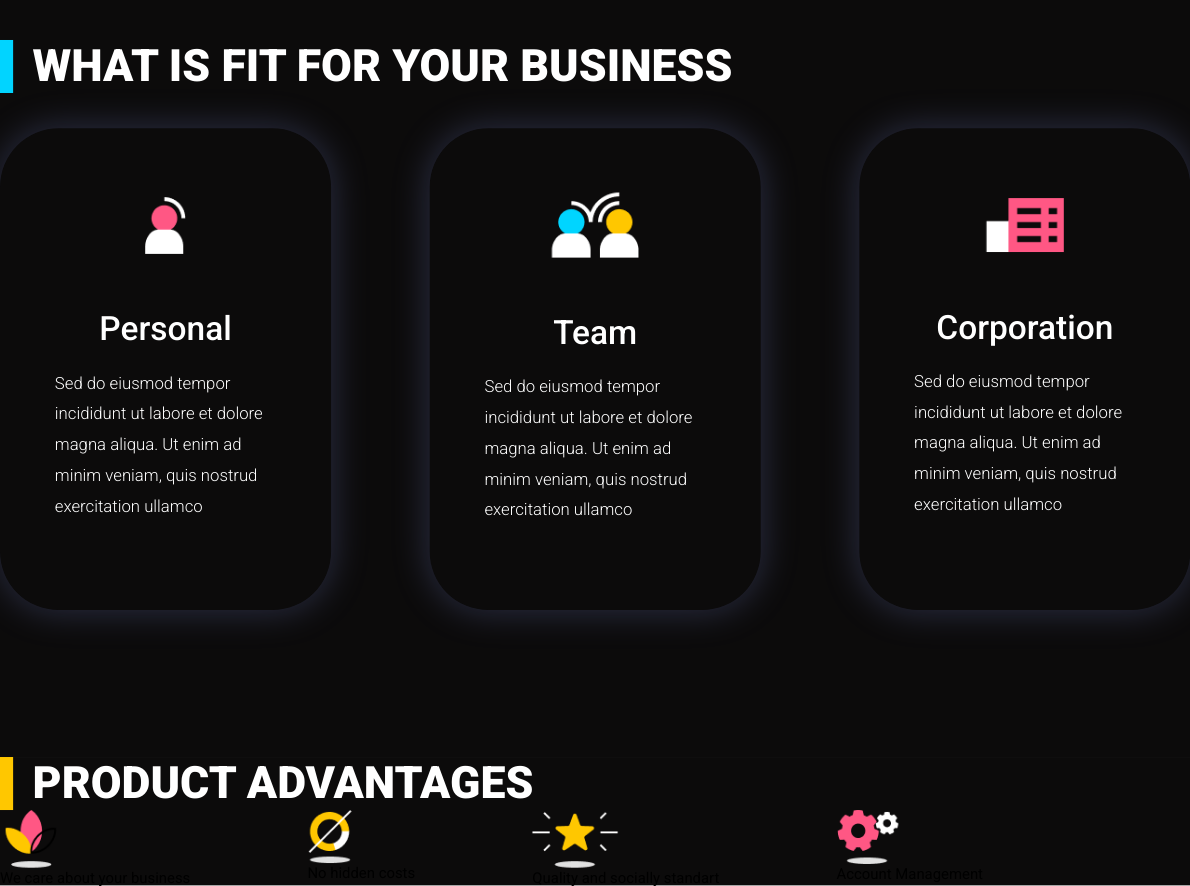
Repository: VetaWhale/team-site-test
Page: index.html
The author's editor kept a copy of each file at every save. The page is drawn from the files as they stood at one save, then again after the next save.
The browser window is 1280 px wide. The pictures show the whole page, at 93% of full size.
Some web fonts or font styles are not loaded; a fallback is used.

Above is the page before, as saved 2023-04-24 14:23:16.

### index.html
<!DOCTYPE html>
<html lang="en">

<head>
    <meta charset="UTF-8" />
    <link rel="stylesheet" href="./css/reset.css" />
    <link rel="preconnect" href="https://fonts.googleapis.com" />
    <link rel="preconnect" href="https://fonts.gstatic.com" crossorigin />
    <link href="https://fonts.googleapis.com/css2?family=Nunito:wght@400;800&family=Oranienbaum&family=Prata&family=Rammetto+One&family=Roboto:wght@300;400;500;700;900&display=swap" rel="stylesheet" />
    <link rel="stylesheet" href="./css/index.css" />
    <title>Our test site</title>
</head>

<body>
    <header></header>
    <main>
        <section class="business">
            <div class="business__title">
                <img class="business__icon" src="./resources/business_icon.png" alt="">
                <h2 class="business__text">
                    WHAT IS FIT FOR YOUR BUSINESS
                </h2>
            </div>
            <div class="business__container">
                <div class="business__item">
                    <img src="./resources/people__icon.png" alt="" />
                    <h2 class="business__title-text">Personal</h2>
                    <p class="business__description">
                        Sed do eiusmod tempor incididunt ut labore et dolore magna aliqua. Ut enim ad minim veniam, quis nostrud exercitation ullamco
                    </p>
                </div>

                <div class="business__item">
                    <img src="./resources/two_people__icon.png" alt="" />
                    <h2 class="business__title-text">Team</h2>
                    <p class="business__description">
                        Sed do eiusmod tempor incididunt ut labore et dolore magna aliqua. Ut enim ad minim veniam, quis nostrud exercitation ullamco
                    </p>
                </div>
                <div class="business__item">
                    <img src="./resources/home__icon.png" alt="" />
                    <h2 class="business__title-text">Corporation</h2>
                    <p class="business__description">
                        Sed do eiusmod tempor incididunt ut labore et dolore magna aliqua. Ut enim ad minim veniam, quis nostrud exercitation ullamco
                    </p>
                </div>
            </div>
        </section>
        <section class="product__section">
            <h2 class="product__title">
                <img src="./resources/product_icon.png" alt=""> PRODUCT ADVANTAGES
            </h2>
            <div class="product__container">
                <div class="product__item">
                    <img src="./resources/product_icon-flower.png" alt="">
                    <h2 class="product__title-text">
                        We care about your business
                    </h2>
                </div>
                <div class="product__item">
                    <img src="./resources/product_icon-ellipse.png" alt="">
                    <h2 class="product__title-text">
                        No hidden costs
                    </h2>
                </div>
                <div class="product__item">
                    <img src="./resources/product_icon-star.png" alt="">
                    <h2 class="product__title-text">
                        Quality and socially standart
                    </h2>
                </div>
                <div class="product__item">
                    <img src="./resources/ICON 04.png" alt="">
                    <h2 class="product__title-text">
                        Account Management
                    </h2>
                </div>
            </div>
        </section>
    </main>
    <footer></footer>
</body>

</html>

### css/index.css
/* Шрифты для нашего сайта */


/*
font-family: 'Nunito', sans-serif;
font-family: 'Oranienbaum', serif;
font-family: 'Prata', serif;
font-family: 'Rammetto One', cursive;
font-family: 'Roboto', sans-serif;
*/

@import'../css/business.css';
@import'../css/product.css';
body {
    font-family: 'Roboto', sans-serif;
}

### css/business.css
.business {
    width: 100%;
    background-color: #0C0B0B;
    padding-top: 43px;
    margin: 0 auto;
}

.business__container {
    max-width: 1440px;
    margin: 0 auto;
    display: flex;
    flex-direction: row;
    gap: 94px;
    padding-top: 38px;
    padding-bottom: 158px;
    justify-content: space-between;
}

.business__title {
    max-width: 1440px;
    margin: 0 auto;
    display: flex;
    gap: 20px;
}

.business__text {
    font-weight: 900;
    font-size: 48px;
    line-height: 56px;
    color: #FFFFFF;
}

.business__title-text {
    font-weight: 500;
    font-size: 36px;
    line-height: 42px;
    color: #FFFFFF;
    padding-top: 40px;
}

.business__item {
    display: flex;
    justify-content: center;
    align-items: center;
    flex-direction: column;
    width: 356px;
    height: 518px;
    box-shadow: 0px 0px 40px rgba(146, 163, 255, 0.25);
    border-radius: 63px;
    gap: 20px;
}

.business__description {
    font-weight: 300;
    font-size: 18px;
    line-height: 33px;
    color: #FFFFFF;
    width: 238.17px;
    height: 188px
}

### css/product.css
.product__section {
    width: 100%;
    background-color: #0C0B0B;
    margin: 0 auto;
}

.product__title {
    display: flex;
    font-weight: 900;
    font-size: 48px;
    line-height: 56px;
    color: #FFFFFF;
    gap: 20px;
}

.product__container {
    display: flex;
    width: 100%;
    max-width: 1440px;
    flex-direction: row;
    gap: 126px;
}

Loaded but not shown: css/reset.css (common file)

After the next save:
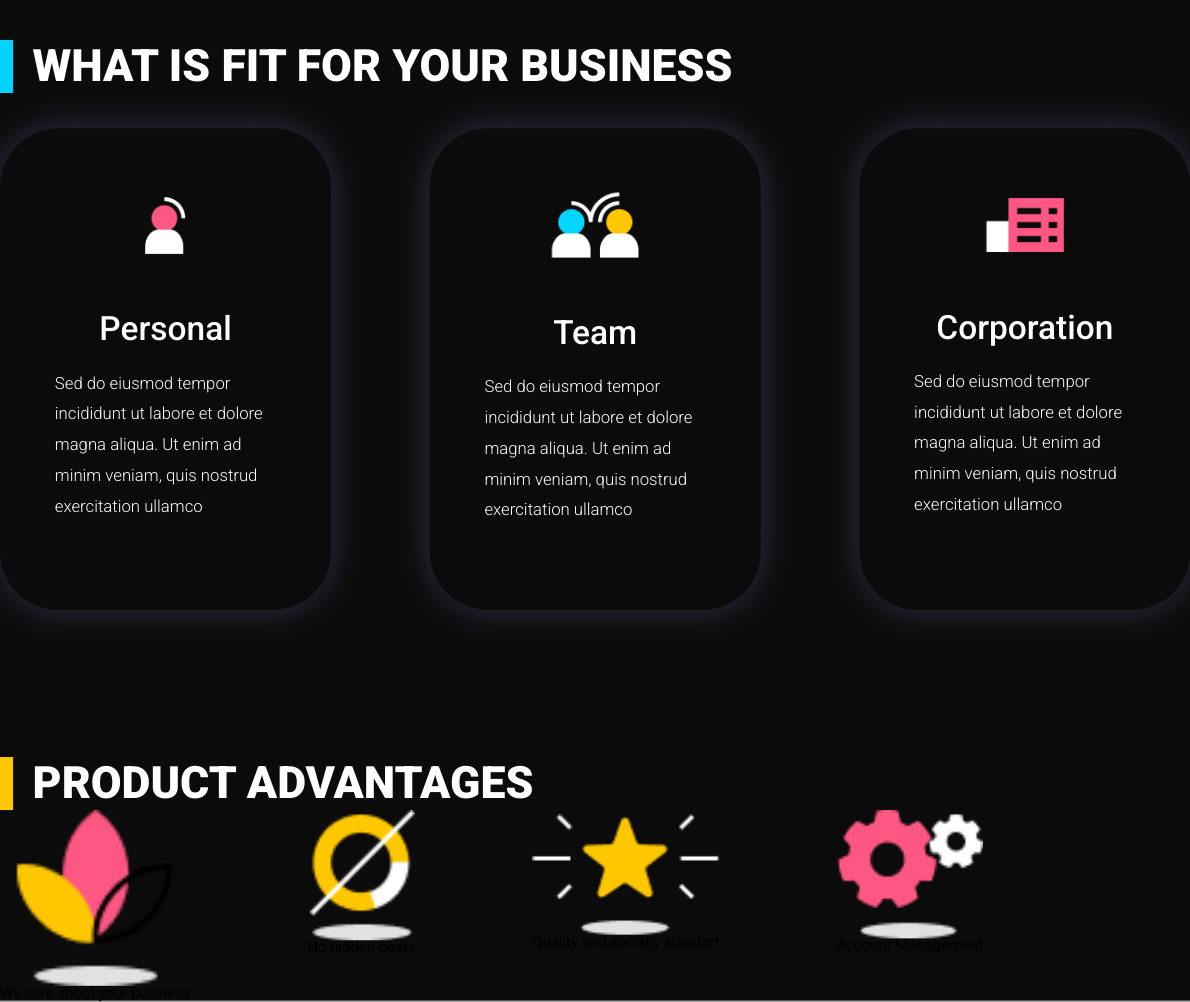
Saved 31 s later.
--- a/css/product.css
+++ b/css/product.css
@@ -20,3 +20,8 @@
     flex-direction: row;
     gap: 126px;
 }
+
+.product__item {
+    display: flex;
+    flex-direction: column;
+}
